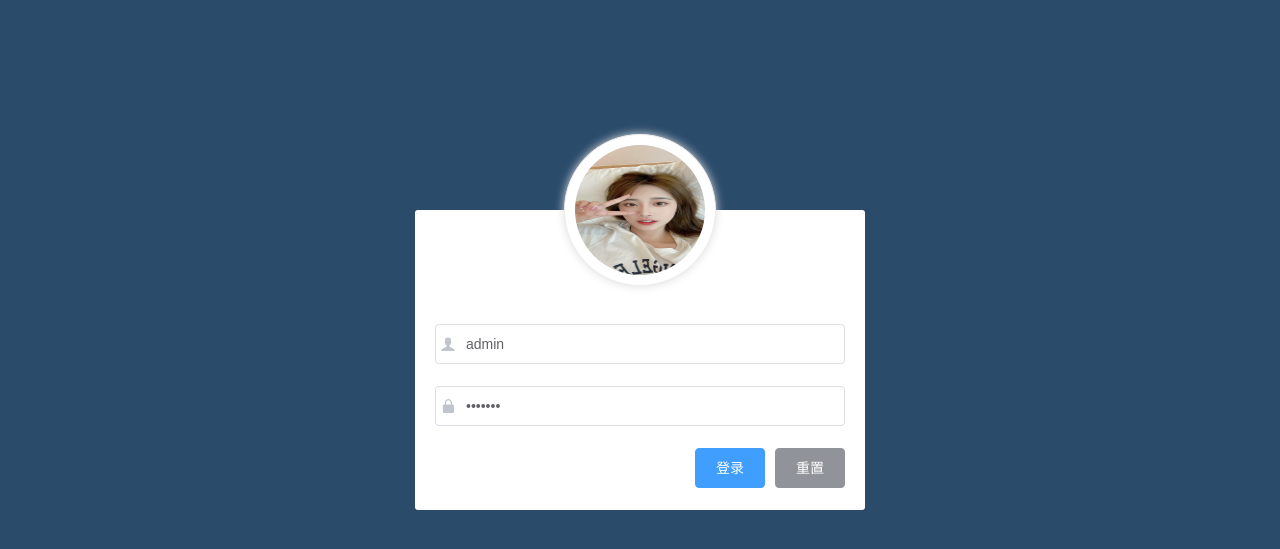
Repository: Mr-luo-hm/cloud-web
Page: /
The author's editor kept a copy of each file at every save. The page is drawn from the files as they stood at one save, then again after the next save.
The browser window is 1280 px wide. The pictures show the whole page.
The project was rebuilt for these pictures with package versions that can differ from the ones it lists, and the page was loaded fresh each time. Also part of the build but not shown: vue.config.js.

Above is the page before, as saved 2022-02-22 21:31:55.

### src/main.js
import Vue from 'vue'
import App from './App'
import router from "./router/index";
import '@/assets/css/global.css'
import '@/assets/font/iconfont.css'
import ElementUI from 'element-ui'
import 'element-ui/lib/theme-chalk/index.css';
import axios from "axios";

axios.defaults.withCredentials = true

// 请求拦截器
// axios.interceptors.request.use(config=>{
//   console.log("xxxxx"+window.sessionStorage.getItem("secret"))
//   config.headers.secret =window.sessionStorage.getItem("secret")
//
//
//   return config;
// })


Vue.prototype.$http=axios
Vue.use(ElementUI)

Vue.config.productionTip = false

new Vue({
  router,
  render: h => h(App)
}).$mount('#app')

### src/App.vue
<template>
  <div id="app">
    <router-view></router-view>
  </div>
</template>
<script>
  export default {
    name:"app"
  }
</script>
<style>
#app {
  font-family: Avenir, Helvetica, Arial, sans-serif;
  -webkit-font-smoothing: antialiased;
  -moz-osx-font-smoothing: grayscale;
  text-align: center;
  color: #2c3e50;
}

#nav {
  padding: 30px;
}

#nav a {
  font-weight: bold;
  color: #2c3e50;
}

#nav a.router-link-exact-active {
  color: #42b983;
}
</style>

### src/router/index.js
import Vue from "vue";
import Router from "vue-router";
import login from "@/components/content/Login.vue";
import Home from "../views/Home";

Vue.use(Router)

const router = new Router({
  mode:'history',
  routes: [
    {path: '/', redirect: '/login'},
    {path: '/login', component: login},
    {path: '/home', component: Home},
  ]
})

// 路由控制守卫
router.beforeEach((to, from, next) => {
  // to 要去哪里
  // from 来源
  // next 放行
  // next() next('/login') 强制跳转
  if (to.path === '/login') return next();
  const token = window.sessionStorage.getItem('secret');
  if (!token) return next('/login')
  next()
})



export default router

### src/assets/css/global.css
/*全局样式*/
html,
body,
#app{
  height: 100%;
  margin: 0;
  padding: 0;
}

### src/components/content/Login.vue
<template>
  <div class="login_container">
    <div class="login_box">
      <!--头像区域-->
      <div class="avatar-box">
        <img src="../../assets/login.jpg">
      </div>
      <!--表单区域-->
      <el-form label-width="0px" class="login_form" :model="loginForm" :rules="loginFormRules" ref="loginFormRef">
        <!--用户名-->
        <el-form-item prop="userName">
          <el-input prefix-icon="iconfont icon-user" v-model="loginForm.username"></el-input>
        </el-form-item>
        <!-- 密码-->
        <el-form-item prop="password">
          <el-input prefix-icon="iconfont icon-3702mima" v-model="loginForm.password" type="password"></el-input>
        </el-form-item>
        <!--按钮区域-->
        <el-form-item class="btns">
          <el-button type="primary" @click="login">登录</el-button>
          <el-button type="info" @click="resetLoginForm">重置</el-button>
        </el-form-item>
      </el-form>
    </div>
  </div>
</template>

<script>

  import {login} from '@/api/user/user'


  export default {
    data() {
      return {
        //  登录 数据绑定
        loginForm: {
          username: 'admin',
          password: 'a123456'
        },
        // 表单验证
        loginFormRules: {
          // 用户名
          username: [
            {required: true, message: "请输入用户名", trigger: "blur"},
            {min: 3, max: 10, message: "账号在3到10个字符之间", trigger: "blur"}
          ],
          /*password: [
            {required: true, message: "请输入密码", trigger: "blur"},
            {min: 6, max: 10, message: "账号在6到10个字符之间", trigger: "blur"}
          ]*/
        }
      }
    },
    methods: {
      // 重置
      resetLoginForm() {
        console.log(this)
        this.$refs.loginFormRef.resetFields();
      },
      /*validate预校验*/
      login() {
        this.$refs.loginFormRef.validate(async valid => {
          if (!valid) return;
          // this.loginForm.password = encryption(this.loginForm.password)
          login(this.loginForm).then((res)=>{
            if (res.status!==200) return this.$message.error("登录失败")
            window.sessionStorage.setItem("secret",res.headers.secret)
            this.$router.push({path: '/Home'})
          })
          // const {data: res} = login(this.loginForm);
          // console.log(res)
          // if (res.code !== 200) return this.$message.error("登录失败")
          // // 保存数据 整次会话
          // window.sessionStorage.setItem("token", res.data.token)
          // this.$message.success("登录成功");

        });
      }
    }

  }
</script>

<style lang="less" scoped>
  .login_container {
    background-color: #2b4b6b;
    height: 100%;
  }

  .login_box {
    background-color: #fff;
    width: 450px;
    height: 300px;
    border-radius: 3px; /*圆角边框*/
    position: absolute; /*绝对定位*/
    left: 50%;
    top: 50%;
    transform: translate(-50%, -50%); /*移动 偏移*/
  }

  .avatar-box {
    height: 130px;
    width: 130px;
    border-radius: 50%;
    border: 1px solid #eeeeee;
    padding: 10px;
    box-shadow: 0 0 10px #dddddd;
    position: absolute;
    left: 50%;
    transform: translate(-50%, -50%);
    background-color: white;

    img {
      width: 100%;
      height: 100%;
      border-radius: 80%;
      background-color: #eee;
    }
  }

  .btns {
    display: flex;
    justify-content: flex-end;
  }

  .login_form {
    position: absolute;
    bottom: 0;
    width: 100%;
    padding: 0 20px;
    box-sizing: border-box;
  }
</style>
<!--scoped 当前页面生效-->

### src/api/user/user.js
import axios from '@/utils/request'

export  function login(data) {
    return axios({
      url: '/auth/login?username='+data.username+'&password='+data.password,
      method: 'post',
      data : data
    })
}
export function loginOut() {
    return axios({
      url:'/auth/logout',
      method:'post',
    })
}

### src/utils/request.js
import axios from 'axios'



const service = axios.create({
  baseURL: '/api', // api base_url
  timeout: 600000 // 请求超时时间
})

service.interceptors.request.use(config=>{
  config.headers.secret =window.sessionStorage.getItem("secret")
  return config;
})

export default service

### src/views/Home.vue
<template>
  <el-container
    class="home-container"
    style="height: 500px; border: 1px solid #eee"
  >
    <!--头部区域-->
    <el-header>
      <div>
        <img src="" alt="" />
        <span>again</span>
      </div>
      <el-button type="info" @click="logout">退出</el-button>
    </el-header>
    <div class="line"></div>
    <el-container>
      <el-aside width="200px" style="background-color: rgb(238, 241, 246)">
        <el-menu
          unique-opened
          router
          :default-active="$route.path"
          class="left-menu"
        >
          <component
            class="menu-item"
            v-for="value in leftMenu.navList"
            :key="value.title + value.url"
            :index="value.url"
            :is="
              value.children && value.children.length > 0
                ? 'el-submenu'
                : 'el-menu-item'
            "
          >
            <template slot="title">
              <i :class="[value.icon]"></i>
              <span>{{ value.title }}</span>
            </template>
            <template v-if="value.children && value.children.length > 0">
              <el-menu-item
                class="menu-item"
                v-for="(v, i) in value.children"
                :key="v.url + i"
                :index="v.url"
              >
                <i :class="[v.icon]"></i>
                <span slot="title">{{ v.title }}</span>
              </el-menu-item>
            </template>
          </component>
        </el-menu>
      </el-aside>
      <el-main>
        <el-table :data="tableData">
          <el-table-column prop="date" label="日期" width="140">
          </el-table-column>
          <el-table-column prop="name" label="姓名" width="120">
          </el-table-column>
          <el-table-column prop="address" label="地址"> </el-table-column>
        </el-table>
      </el-main>
    </el-container>
  </el-container>
</template>
<script>
 import {loginOut} from '@/api/user/user'
// import {menu} from "@/api/user/menu";

export default {
  data() {
    const item = {
      date: '2016-05-02',
      name: '王小虎',
      address: '上海市普陀区金沙江路 1518 弄',
    }
    return {
      tableData: Array(20).fill(item),
      leftMenu: {
        isCollapse: false,
        navList: [
          {
            icon: 'el-icon-document',
            title: '订单管理',
            url: '/OrderManage',
          },
          {
            icon: 'el-icon-dish',
            title: '菜单管理',
            url: '/ProductManage',
          },
          {
            icon: 'el-icon-suitcase',
            title: '店铺管理',
            url: 'suibianxie',
            children: [
              {
                icon: 'el-icon-tickets',
                title: '店铺资料',
                url: '/StoreProfile',
              },
              {
                icon: 'el-icon-picture-outline',
                title: '轮播图管理',
                url: '/BannerPicture',
              },
              {
                icon: 'el-icon-s-grid',
                title: '桌台管理',
                url: '/TableManage',
              },
            ],
          },
          {
            icon: 'el-icon-setting',
            title: '账号管理',
            url: '/AccountManage',
          },
          {
            icon: 'el-icon-user',
            title: '个人资料',
            url: '/PersonProfile',
          },
        ],
      },
    }
  },
}
</script>


<style lang="less" scoped>
.home-container {
  height: 100%;
}

.el-header {
  background-color: #373d41;
  display: flex;
  justify-content: space-between;
  padding-left: 0;
  align-items: center; // 按钮居中
  color: #eeeeee;
  font-size: 20px;

  > div {
    display: flex;
    align-items: center;

    span {
      margin-left: 15px;
    }
  }
}
.el-header {
  background-color: #b3c0d1;
  color: #333;
  line-height: 60px;
}
.el-main {
  background-color: #eaedf1;
  padding: 10px;
}
</style>

Loaded but not shown: public/index.html (common file); src/assets/font/iconfont.css (common file)

After the next save:
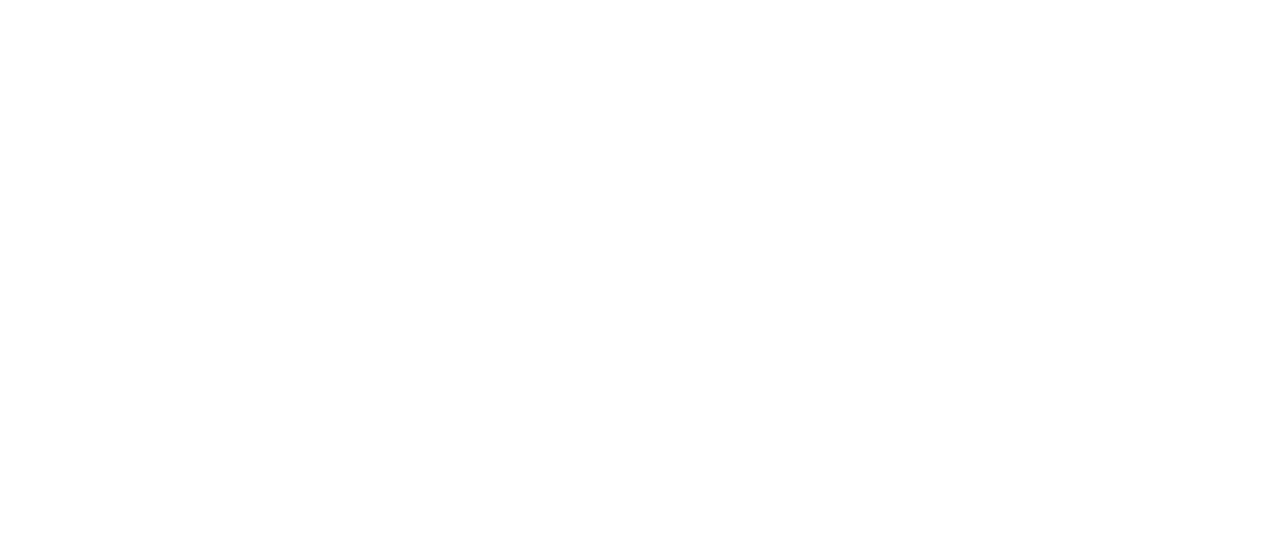
Console error: ReferenceError: methods is not defined
Saved 29 s later.
--- a/src/views/Home.vue
+++ b/src/views/Home.vue
@@ -123,6 +123,7 @@
       },
     }
   },
+  methods
 }
 </script>
 

After the save that followed:
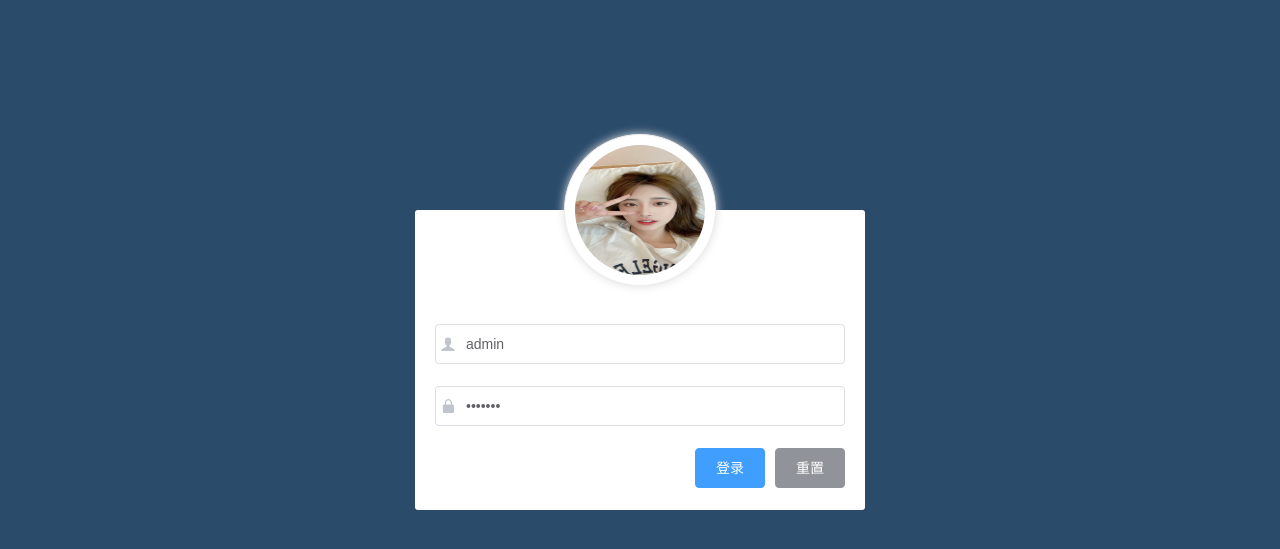
The error is gone.
Saved 9 s later.
--- a/src/views/Home.vue
+++ b/src/views/Home.vue
@@ -123,7 +123,9 @@
       },
     }
   },
-  methods
+  methods:{
+
+  }
 }
 </script>
 
